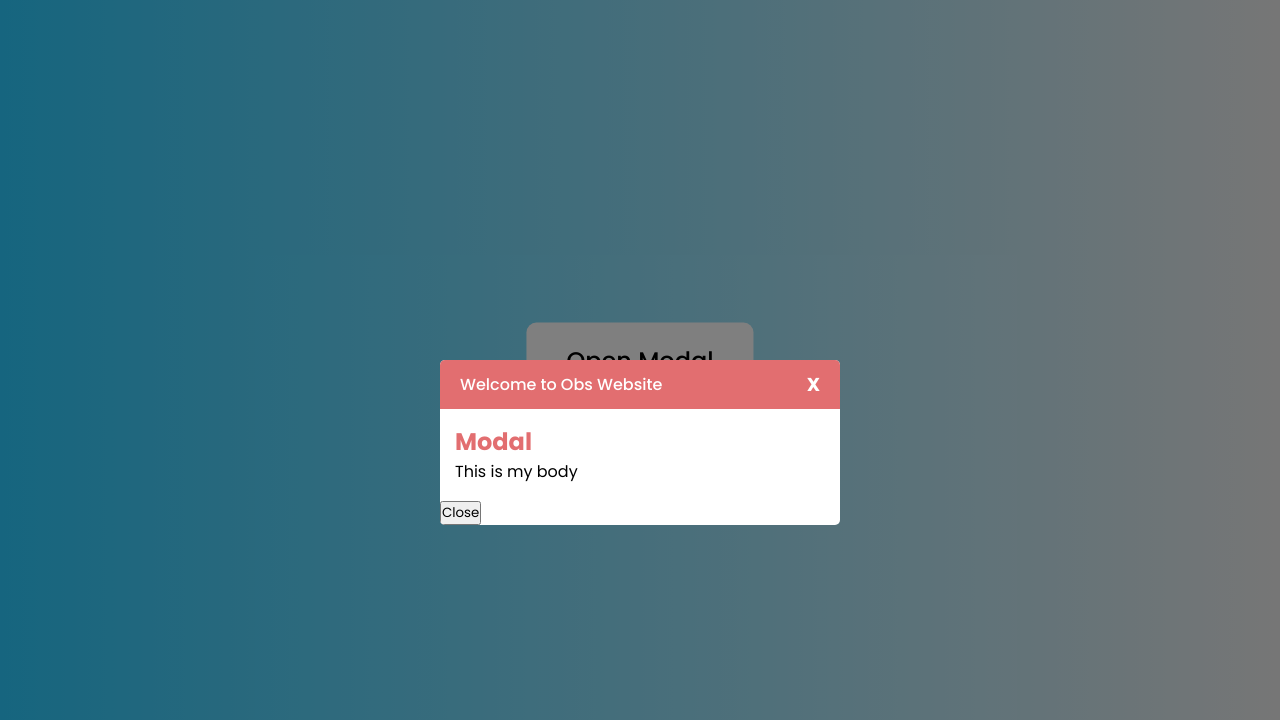
Repository: lausamtuong/Modal_card
Page: index.html
The author's editor kept a copy of each file at every save. The page is drawn from the files as they stood at one save, then again after a run of saves.
The browser window is 1280 px wide. The pictures show the whole page.
The style sheet was rebuilt from its Sass, Less or Tailwind sources for each picture, by a compiler version that may differ from the author's.

Above is the page before, as saved 2021-12-15 07:00:54.

### index.html
<!DOCTYPE html>
<html lang="en">
<head>
    <meta charset="UTF-8">
    <meta http-equiv="X-UA-Compatible" content="IE=edge">
    <meta name="viewport" content="width=device-width, initial-scale=1.0">
    <link rel="stylesheet" href="style.css">
    <link href="https://fonts.googleapis.com/css2?family=Poppins:wght@400;500;700&display=swap" rel="stylesheet">
    <title>Document</title>
</head>
<body>
    <button class="open__btn">Open Modal</button>
    <div class="modal">
        <div class="modal__inner">
            <div class="modal__header">
                <p>Welcome to Obs Website</p>
                <h3>X</h3>
            </div>
            <div class="modal__body">
                <h2>Modal</h2>
                <p>This is my body</p>
            </div>
            <div class="modal__footer">
                <button class="modal__close-btn">Close</button>
            </div>
        </div>
    </div>
</body>
</html>

### style.scss
*{
    margin: 0;
    padding: 0;
    box-sizing: border-box;
    font-family: 'Poppins', sans-serif;
}
:root{
    --primary-color:#e26e70;
}
body{
    height: 100vh;
    background:  linear-gradient( to right,#2cccff ,#eee );;
}
.open__btn{
     position: relative;;
   top:50%;
   left:50%;
   transform: translate(-50%,-50%);
   outline: none;
   border: none;
   padding : 20px 40px;
   font-weight: 500;
   font-size: 1.5rem;
   border-radius: 10px;
   background-color:#fff;
   &:hover{
      opacity: 0.7;
       cursor: pointer;
       transition: 0.5s;
   }
}
.modal{
    background-color: rgba(0,0,0,0.5);
    position:fixed;
    top:0;
    height: 100vh;
    width:100vw;
    &__inner{
        position:relative;
        width:400px;
        top:50%;
        margin : auto;
        background-color: #fff;
        border-radius: 5px;
        overflow:hidden;
    }
    &__header{
        display: flex;
        justify-content: space-between;
        align-items: center;
        background-color:var(--primary-color);
        padding:10px 20px;
        font-weight: 500;
        font-size: 1rem;
        color:#fff;
    }
    &__body{
        h2{
            color:var(--primary-color);
            font-weight: 700;
            font-size: 1.5rem;
            padding: 15px 15px 0 15px;
        }
        p{
            padding :0 15px 15px 15px;
        }

    }
}

After the next 2 saves:
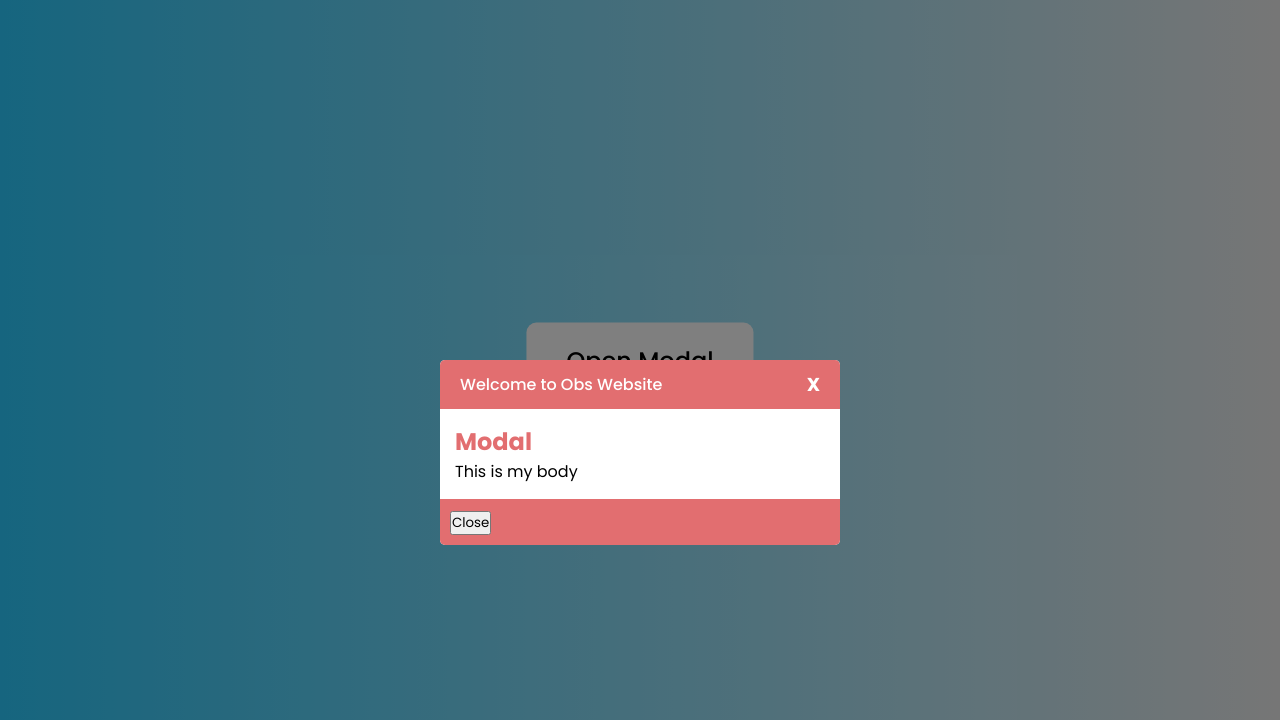
The 2 saves are shown as one change because they came seconds apart.
The last was saved 8 s later.
--- a/style.scss
+++ b/style.scss
@@ -66,4 +66,10 @@ body{
         }
 
     }
+    &__footer{
+        outline: none;
+        border: none;
+        background-color: var(--primary-color);
+        padding:10px;
+    }
 }
